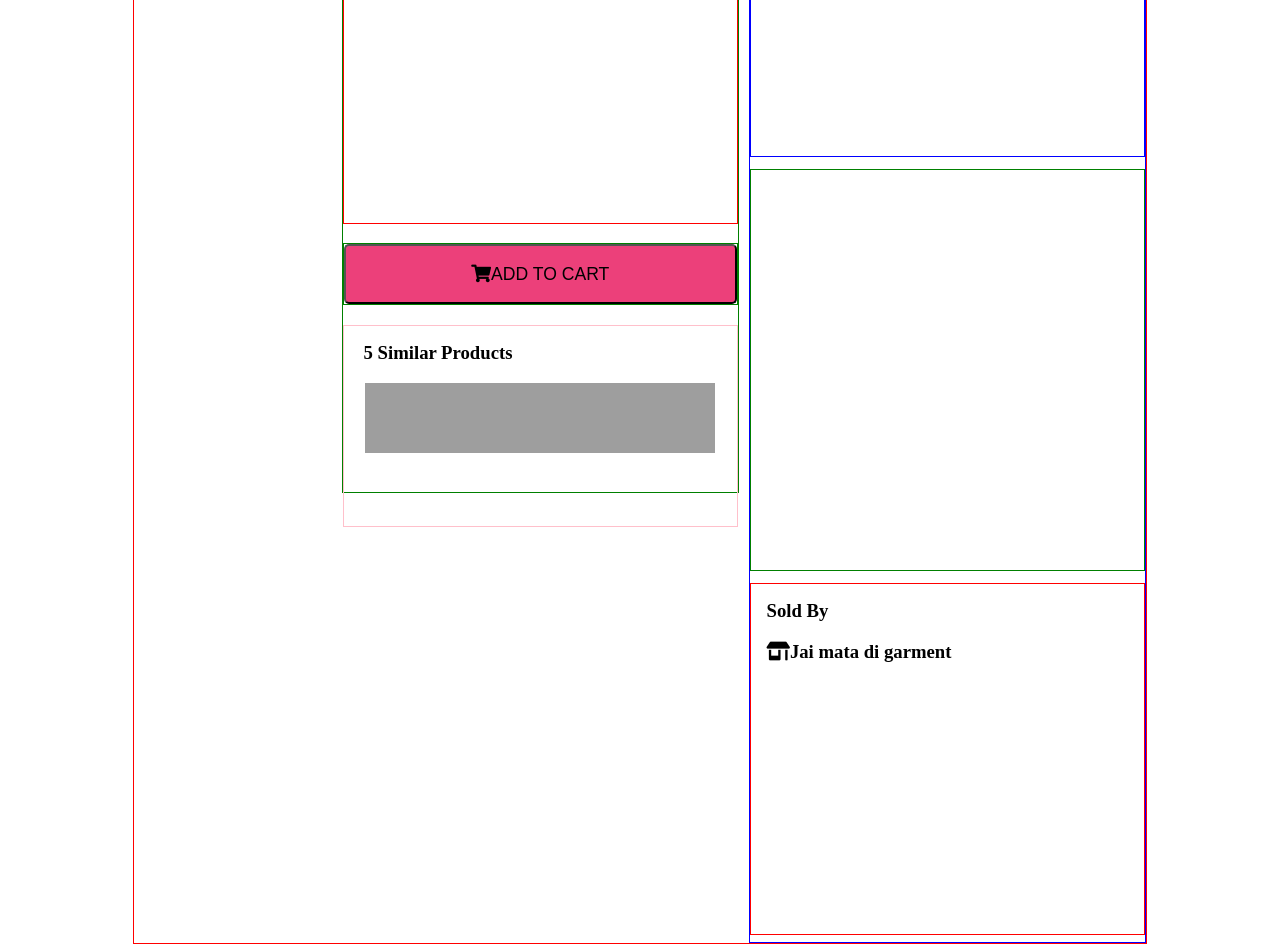
Repository: deepakxxxx/meesho
Page: catelog.html
The author's editor kept a copy of each file at every save. The page is drawn from the files as they stood at one save, then again after a run of saves.
The browser window is 1280 px wide. The pictures show the part of the page from y = 419 to 1371 px (the page is 1371 px tall).
Pictures or frames that could not be fetched are drawn as grey boxes. A picture or video elsewhere on the page could not be fetched, so the positions and the page height are approximate.

Above is the page before, as saved 2021-11-06 17:40:16.

### catelog.html
<!DOCTYPE html>
<html lang="en">
<head>
    <meta charset="UTF-8">
    <meta http-equiv="X-UA-Compatible" content="IE=edge">
    <meta name="viewport" content="width=device-width, initial-scale=1.0">
    <link rel="stylesheet" href="https://use.fontawesome.com/releases/v5.15.4/css/all.css" integrity="sha384-DyZ88mC6Up2uqS4h/KRgHuoeGwBcD4Ng9SiP4dIRy0EXTlnuz47vAwmeGwVChigm" crossorigin="anonymous">
    <title>Document</title>
</head>
<style>
      #main{
        width: 100%;
        height: 136px;
        border: 1px solid white;
        margin: auto;
        /* position: fixed; */
    }
    #top{
        width: 100%;
        height: 70px;
        /* border: 1px solid red; */
        display: flex;

    }
    #left{
        display: flex;
        width: 55%;
    }
    #meesho{
      text-decoration: none;
      font-size: 50px;
      color: #F06292;
      font-weight: bold;
      margin-left: 25%;
      margin-top: 1%;
      /* margin-right: 0px; */
    }
    #search{
        /* margin-left: 30%; */
        height: 60px;
        width: 400px;
        border-radius: 6px;
        margin-top: 1%;
        /* margin-left: 0px; */
        border: 1px solid #BDBDBD;
        font-size: 90%;
        /* margin-right: 60%; */
    }
    #right{
        display: flex;
        list-style-type: none;
        column-gap: 30px;

    }
    #rightmain{
        width: 45%;
        margin-right: 6%;
        /* margin-top: 9px; */
    }
    #app{
        text-decoration: none;
        margin-left: 10px;
        margin-top: 9px;
        font-size: 103%;
        color: black;
    }
    #supp{
        text-decoration: none;
        margin-top: 9px;
        font-size: 103%;
        color: black;
    }
    #profile{
        text-decoration: none;
        font-size: 103%;
        color: black;
    }
    #cart{
        text-decoration: none;
        font-size: 103%;
        color: black;
    }
    #app:hover{
        color: #EC407A;
        text-decoration: underline;
    }
    #profile:hover{
        color: #EC407A;
        text-decoration: underline;
    }
    .line1{
        height: 30px;
    }
    .line2{
        color: #BDBDBD;
    }
    #heading
    {
        width: 73%;
        margin:  5% auto auto auto ;
        display: grid;
        grid-template-columns: 23% 54% 23%;
        padding: 1%;
        position: sticky;
    }
    #topic{
        margin-top:-15px;
        text-align: center;
    }
    #collection{
        display: flex;
        margin-left: 2%;
        list-style-type: none;
        font-size: 105%;
        column-gap: 63px;

    }
    ul > a{
        text-decoration: none;
        color: black;
    }
    ul > a :hover{
        color: #EC407A;
        /* text-decoration: underline; */
    }
    #container{
        width: 80%;
        border: 1px solid red;
        margin: auto;
        display: flex;
        margin-top: 1%;
        column-gap: 1%;
    }
    #smallImg{
        width: 20%;
        /* border: 1px solid blue; */
        height: 300px;
    }
    #bigImg{
        width: 40%;
        border: 1px solid green;
        height: 750px;
    }
    #descr{
        width: 40%;
        border: 1px solid blue;
        height: 1200px;
    }
    .product_sneek_peek{
        width: 70px;
        height: 70px;
        border: 1px solid red;
        margin-left: 69%;
        border-radius: 5px;
    }
    #imgDi{
        width: 99.5%;
        height: 480px;
        border: 1px solid red;
    }
    #addto{
        width: 99.5%;
        height: 60px;
        border: 1px solid green;
        margin-top: 5%;
    }
    #addto > button{
        width: 100%;
        height: 100%;
        background-color: #EC407A;
        font-size: 110%;
        border-radius: 5px;
    }
    #similar{
        width: 99.5%;
        height: 200px;
        border: 1px solid pink;
        margin-top: 5%;
    }
    #deta{
        width: 99.5%;
        height: 200px;
        border: 1px solid red;
    }
    #sizes{
        width: 99.5%;
        height: 200px;
        border: 1px solid blue;
        margin-top: 3%;
    }
    #infor{
        width: 99.5%;
        height: 400px;
        border: 1px solid green;
        margin-top: 3%;
    }
    #deler{
        width: 99.5%;
        height: 350px;
        border: 1px solid red;
        margin-top: 3%;
    }
    #similar > h3{
        margin-left: 5%;
        margin-top: 4%;
    }
    #simimg{
        display: flex;
        justify-content: center;
    }
    #simimg > img{
        width: 70px;
        height: 70px;
    }
    #deler > h3{
        margin-top: 4%;
        margin-left: 4%;
    }
</style>
<body>
    <div id="main">

        <div id="top">
            <div id="left">
             <span><a href="" id="meesho"><img src="https://cdn.hevodata.com/customer/logo/8c76f62bd88177a78bb6e2810a244446.png" alt="" rel = "icon" width="40%"></span></a>
             <span><input type="search" id="search" placeholder="Try Saree,Kurti or Search by Product Code"> </span>
            </div>
            <div id="rightmain">
                <ul id="right">
                    <div id="app">
                      <li><a href="" id="app"><i class="fas fa-mobile-alt"></i></a><a href="" id="app">Download App</a></li>

                    </div>
                    <hr class="line1">
                    <div id="supp">
                      <li><a href="" id="supp">Become a Supplier</a></li>

                    </div>
                    <hr class="line1">
                    <div>
                       <a href="" id="profile"><i class="far fa-user"></i></a>
                      <li><a href="" id="profile">Profile</a></li>
                    </div>

                    <hr class="line1">
                    <div>
                      <a href="" id="cart"><i class="fas fa-shopping-cart"></i></a>
                      <li><a href="" id="cart">Cart</a></li></li>
                    </div>

                </ul>
            </div>
        </div>

        <hr class="line2">
        <div id="secondLine">
        <ul id="collection">
            <a href="" class="same"><li>Women Ethnic</li></a>

            <a href="" class="same"><li>Women Western</li></a>

            <a href="" class="same"><li>Jewellery & Accessories</li></a>
            <a href="" class="same"><li>Men</li></a>
            <a href="" class="same"><li>Beauty & Health</li></a>
            <a href="" class="same"><li>Bags & Footwear</li></a>
            <a href="" class="same"><li>Home & Kitchen</li></a>
            <a href="" class="same"><li>Kids</li></a>
            <a href="" class="same"><li>Electronics</li></a>
        </ul>
      </div>
      <hr class="line2">
    </div>

    <div id="container">
        <div id="smallImg">
            <div class="product_sneek_peek">

            </div>
        </div>
        <div id="bigImg">
            <div id="imgDi">

            </div>
            <div id="addto">
                <button><i class="fas fa-shopping-cart"></i>ADD TO CART</button>
            </div>
            <div id="similar">
            <h3>5 Similar Products</h3>
            <div id="simimg">
                <img src="https://images.meesho.com/images/products/59272960/fddtp_512.jpg"/>
                <img src="https://images.meesho.com/images/products/59272964/a4l8y_512.jpg"/>
                <img src="https://images.meesho.com/images/products/59272962/azz7k_512.jpg"/>
                <img src="https://images.meesho.com/images/products/59272963/a5qjv_512.jpg"/>
                <img src="https://images.meesho.com/images/products/59272961/mx9tt_512.jpg"/>
            </div>
            </div>
        </div>
        <div id="descr">
            <div id="deta"></div>
            <div id="sizes"></div>
            <div id="infor"></div>
            <div id="deler">
                <h3>Sold By</h3>
               <span></span> <h3><i class="fas fa-store-alt"></i>Jai mata di garment</h3>
            </div>
        </div>
    </div>
</body>
</html>

After the next 2 saves:
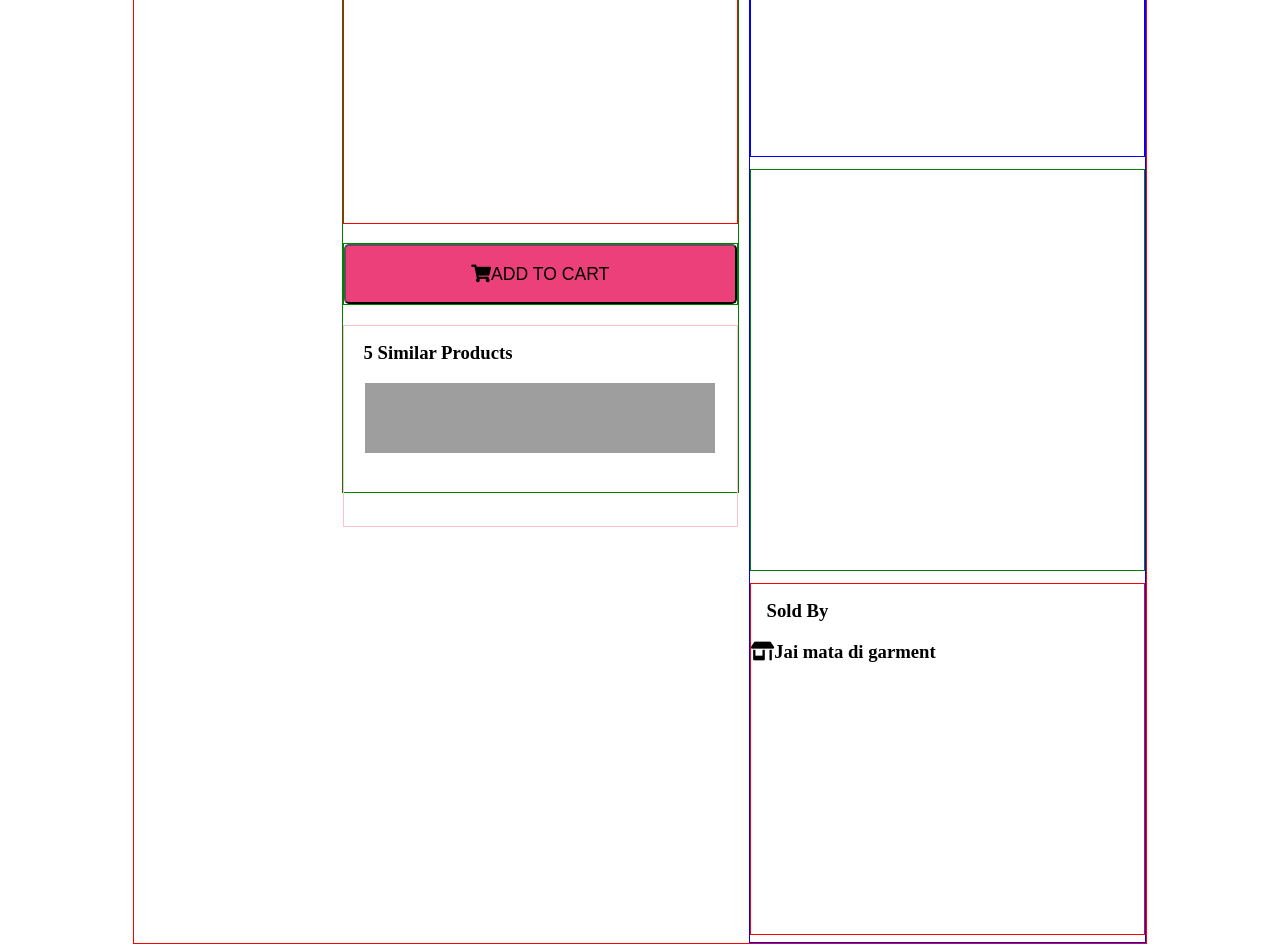
The 2 saves are shown as one change because they came seconds apart.
The last was saved 6 s later.
--- a/catelog.html
+++ b/catelog.html
@@ -301,7 +301,7 @@
             <div id="infor"></div>
             <div id="deler">
                 <h3>Sold By</h3>
-               <span></span> <h3><i class="fas fa-store-alt"></i>Jai mata di garment</h3>
+               <span><h3><i class="fas fa-store-alt"></i>Jai mata di garment</h3></span>
             </div>
         </div>
     </div>
